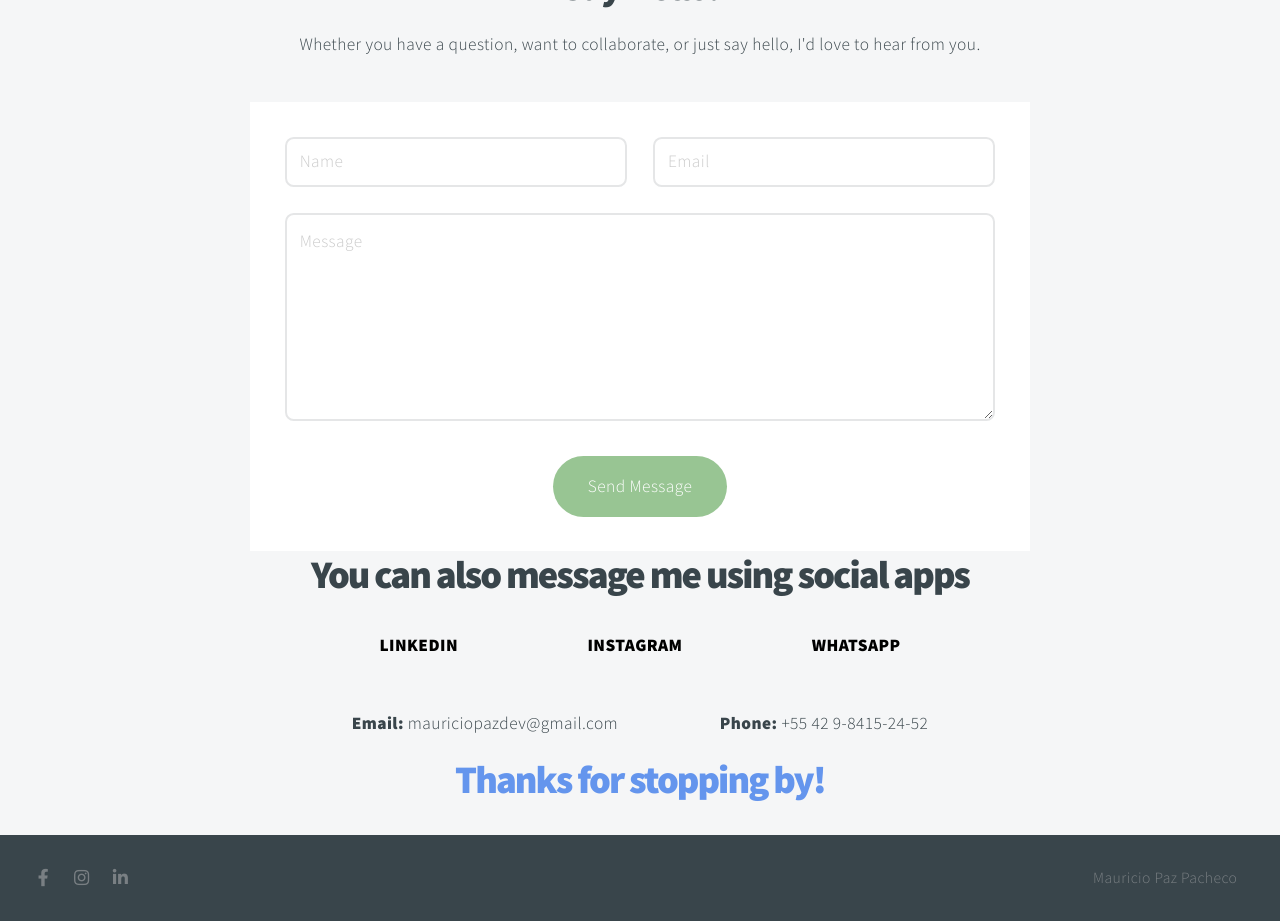
Repository: mauriciopazpp/mauriciopazpp.github.io
Page: index.html
An editor plug-in stored every save of this project. The page is shown before and after the next save, followed by the edit.
The browser window is 1280 px wide. The pictures show the part of the page from y = 5457 to 6409 px (the page is 6378 px tall before and 6409 px after).
A picture or video elsewhere on the page could not be fetched, so the positions and the page height are approximate. Backgrounds fixed to the window are drawn as part of the page.

Above is the page before, as saved 2024-03-05 18:40:53.
Console error: TypeError: Cannot set properties of undefined (setting 'windowMargin')

### index.html
<!DOCTYPE HTML>
<html>
	<head>
		<title>Mauricio Paz</title>
		<meta charset="utf-8" />
		<meta name="viewport" content="width=device-width, initial-scale=1, user-scalable=no" />
		<link rel="stylesheet" href="assets/css/main.css" />
		<noscript><link rel="stylesheet" href="assets/css/noscript.css" /></noscript>
		<link rel="icon" type="image/x-icon" href="images/favicon.png">
	</head>
	<body class="is-preload">
		<!-- <img id="preload" src="images/preloader.gif"> -->
		<!-- Header -->
			<header id="header">
				<div class="logo-header">
					<img src="images/logo-2.png" alt="Mauricio Paz Pacheco CV">
				</div>
				<nav>
					<ul>
						<li><a href="#intro">Intro</a></li>
						<li><a href="#one">Who am I</a></li>
						<li><a href="#two">Skills and Certifications</a></li>
						<li><a href="#work">Experience</a></li>
						<li style="display: none;"><a href="#things">My Things</a></li>
						<li><a href="#contact">Contact</a></li>
					</ul>
				</nav>
			</header>

		<!-- Intro -->
			<section id="intro" class="main style1 dark fullscreen">
				<div class="content">
					<header>
						<h2>Mauricio Paz</h2>
					</header>
					<p>Enter the realm of my career.</p>
					<footer>
						<!-- <a href="#one" class="button style2 down">More</a> -->
						<a href="cv/Mauricio.pdf" target="_blank" class="button">Download CV</a>
						<a href="#one" class="button">More</a>
					</footer>
				</div>
			</section>

		<!-- One -->
			<section id="one" class="main style2 right dark fullscreen">
				<div class="content box style2">
					<header>
						<h2>Who am I</h2>
					</header>
					<p>Mauricio, <span id="age">35</span> years old, more than a decade of experience in the systems development field. Certified by Adobe. Married, living in the south of Brazil. I enjoy Rock, Heavy Metal, cats and games.</p>
					<p>Let's be friends, this is my insta <a href="https://www.instagram.com/mauricio.paz.p/" style="text-decoration: none; font-weight: bold;">@mauricio.paz.p</a></p>
				</div>
				<a href="#two" class="button style2 down anchored">Next</a>
			</section>

		<!-- Two -->
			<section id="two" class="main style2 left dark fullscreen">
				<div class="content box style2">
					<header>
						<h2>Skills</h2>
					</header>
					<p><b class="php">#php</b>, <b class="javascript">#javascript</b>, <b class="node">#node</b>, <b class="graphql">#graphql</b>, <b class="sql">#sql</b></p>
					<p><b class="adobecommerce">#adobecommerce</b>, <b class="bigcommerce">#bigcommerce</b>, <b class="shopify">#shopify</b>, <b class="pwastudio">#pwastudio</b></p>
					<p><b class="vuejs">#vuejs</b>, <b class="react">#react</b>, <b class="reactnative">#reactnative</b></p>
					<p><b class="git">#git</b>, <b class="warden">#warden</b>, <b class="docker">#docker</b>, <b class="commercecloud">#commercecloud</b></p>
					<p><b class="frontend">#frontend</b>, <b class="backend">#backend</b>, <b class="fullstack">#fullstack</b></p>
					<p><b class="english">#english</b>, <b class="portuguese">#portuguese</b></p>

					<br>

					<h2>Certifications</h2>
					<p>
						<b>
						- Adobe Certified Expert - Adobe Commerce Front-End Developer.
						<a href="https://www.credly.com/badges/2049df38-8aab-49f0-89bc-399480d42e42/linked_in" target="_blank">
							Check the link
						</a>
						</b>
					</p>

				</div>
				<a href="#work" class="button style2 down anchored">Next</a>
			</section>

		<!-- Work -->
			<section id="work" class="main style3 primary">
				<div class="content">
					<header>
						<h2>My Experience</h2>
						<p>Over the years, I have worked in various companies and faced challenges that have shaped my expertise in development. At BlueAcorn iCi, I participated in projects for major companies such as Lovesac and Sony, using Adobe Commerce and React. At Jamersan, I contributed to creating stores using BigCommerce. At Unimed, I had the opportunity to independently create software from scratch, developing highly robust systems that are still in use today. Currently, at IronPlane, I am expanding my knowledge in PWA Studio. My journey is a constant pursuit of technical excellence and the ability to positively impact through software development.</p>
					</header>

					<!-- Gallery  -->
						<div class="gallery">
							<article class="from-left" style="background: url(images/fulls/02.jpg);">
								<div class="description">
									<p><b>IronPlane</b> - <i>Portland, ME, USA</i> <br> 04/2023 - Current</p>
									<ul>
										<li>•  Designed and implemented stores using Adobe Commerce.</li>
										<li>•  Upgrade PWA Studio stores and bug fixes using Adobe Commerce, PWA Studio, React, webpack, GraphQL, HTML, and CSS.</li>
										<li>•  Code-reviews in BigCommerce and Adobe Commerce stores.</li>
									</ul>
								</div>
								<div class="company">
									<img src="images/comp/ironplane.svg" alt="ironplane" class="logo">
								</div>
								<!-- <a href="images/fulls/01.jpg" class="image fit"><img src="images/thumbs/01.jpg" title="The Anonymous Red" alt="" /></a> -->
							</article>
							<article class="from-right" style="background: url(images/fulls/05.jpg);">
								<div class="description">
									<p><b>Jamersan</b> - <i>Opelika, AL, USA</i> <br> 02/2023 - 12/2023</p>
									<ul>
										<li>•  Led the creation of stores, managing product imports, and crafting database management scripts using api, bash script, php and javascript.</li>
										<li>•  Designed and developed new stores using BigCommerce, incorporating webhooks, APIs, and app development.</li>
									</ul>
								</div>
								<div class="company">
									<img src="images/comp/jamersan.webp" alt="jamersan" class="logo">
								</div>
								<!-- <a href="images/fulls/02.jpg" class="image fit"><img src="images/thumbs/02.jpg" title="Airchitecture II" alt="" /></a> -->
							</article>
							<article class="from-left" style="background: url(images/fulls/01.jpg);">
								<div class="description">
									<p><b>BlueAcorn iCi</b> - <i>Charleston, SC, USA</i> <br>03/2021 - 02/2023</p>
									<ul>
										<li>•  Senior Front-end Developer, <i>a leading company in award-winning digital transformations for Fortune 500 companies.</i> I collaborated on large-scale projects, including creating digital experiences for renowned brands such as Apple and Sony.</li>
										<li>•  Led a Front-end development team on an Adobe Commerce project, ensuring timely and high-quality delivery.</li>
										<li>•  Development and enhancement of stores for renowned brands like Lovesac, using technologies such as Adobe Commerce, React, and advanced customization tools, such as product creation in a 3D environment.</li>
									</ul>
								</div>
								<div class="company">
									<img src="images/comp/blueacorn.png" alt="blueacornici" class="logo">
								</div>
								<!-- <a href="images/fulls/03.jpg" class="image fit"><img src="images/thumbs/03.jpg" title="Air Lounge" alt="" /></a> -->
							</article>
							<article class="from-right" style="background: url(images/fulls/03.jpg);">
								<div class="description">
									<p><b>MageMontreal</b> - <i>Sainte-Agathe-des-Monts/QC  Canada</i> <br>08/2020 - 02/2021</p>
									<ul>
										<li>•  Front-end Developer at MageMontreal, contributing to the development of multiple online stores using Adobe Commerce.</li>
										<li>•  Continuous Integration/Deployment Pipeline Integration, pull requests, code reviews.</li>
									</ul>
								</div>
								<div class="company">
									<img src="images/comp/magemontreal.svg" alt="magemontreal" class="logo" style="background: #f84601">
								</div>
								<!-- <a href="images/fulls/03.jpg" class="image fit"><img src="images/thumbs/03.jpg" title="Air Lounge" alt="" /></a> -->
							</article>
							<article class="from-left" style="background: url(images/fulls/04.jpg);">
								<div class="description">
									<p><b>Redstage</b> - <i>New York, NY, USA</i> <br>03/2019 - 08/2020</p>
									<ul>
										<li>• Initiated the creation of work automation scripts, proposing tasks such as branch creation, automatic status updates in Jira, pull request creation via terminal, and development of a webhook on GitHub to send automatic notifications to Slack.</li>
										<li>•  Full Stack Developer, responsible for the creation and updates of stores using Adobe Commerce.</li>
									</ul>
								</div>
								<div class="company">
									<img src="images/comp/fulcrum.webp" alt="fulcrum" class="logo">
								</div>
								<!-- <a href="images/fulls/03.jpg" class="image fit"><img src="images/thumbs/03.jpg" title="Air Lounge" alt="" /></a> -->
							</article>
							<article class="from-right" style="background: url(images/fulls/06.jpg);">
								<div class="description">
									<p><b>KolinaLabs</b> - <i>Guarapuava, PR, Brazil</i> <br>06/2018 - 02/2019</p>
									<ul>
										<li>•  Development of system applications, including a solar panel system for Sices Brasil, the largest solar panel producer in Latin America.</li>
										<li>•  Creation and maintenance of apps using Vue.js, webpack, Sass, among others, to ensure efficient and high-quality implementation.</li>
										<li>•  BI Developer, creating an advanced dashboard using QlikSense to enhance data analysis and decision-making at Sices Brasil.</li>
									</ul>
								</div>
								<div class="company">
									<img src="images/comp/kolinalabs.png" alt="kolinalabs" class="logo">
								</div>
								<!-- <a href="images/fulls/03.jpg" class="image fit"><img src="images/thumbs/03.jpg" title="Air Lounge" alt="" /></a> -->
							</article>
							<article class="from-left" style="background: url(images/fulls/06.jpg);">
								<div class="description">
									<p><b>Unimed</b> - <i>Guarapuava, PR, Brazil</i> <br>08/2015 - 06/2018</p>
									<ul>
										<li>•  Largest healthcare company in latin america, I developed approximately 12 systems using Laravel independently, including 2 large systems that continued to be used for over 6 years, even after my departure from the company.</li>
										<li>•  Responsible for the entire system development process, from gathering requirements to development, deployment, testing, and support.</li>
										<li>•  I created a workflow system that automated all internal processes, providing greater ease of work for everyone.</li>
										<li>•  I conceptualized and developed a system that reduced an employee's workload time from 2 months to just 1 minute, automating the compression and sending of multiple PDFs via email to health plan beneficiaries.</li>
									</ul>
								</div>
								<div class="company">
									<img src="images/comp/unimed.png" alt="Unimed" class="logo" style="padding: 0;">
								</div>
								<!-- <a href="images/fulls/03.jpg" class="image fit"><img src="images/thumbs/03.jpg" title="Air Lounge" alt="" /></a> -->
							</article>
							<article class="from-right" style="background: url(images/fulls/06.jpg);    display: flex;
							align-content: center;
							justify-content: center;
							align-items: center;">
								<a href="https://www.linkedin.com/in/m-paz/details/experience/">
									<p><b style="color: white; text-decoration: underline;" target="_blank">See More</b></p>
								</a>
							</article>
						</div>
				</div>
			</section>

		<!-- Contact -->
			<section id="contact" class="main style3 secondary">
				<div class="content">
					<header>
						<h2>Say Hello.</h2>
						<p>Whether you have a question, want to collaborate, or just say hello, I'd love to hear from you.</p>
					</header>
					<div class="box">
						<form method="post" action="https://formspree.io/xaypakzd">
							<div class="fields">
								<div class="field half"><input type="text" name="username" placeholder="Name" required/></div>
								<div class="field half"><input type="email" name="email" placeholder="Email" required /></div>
								<div class="field"><textarea name="message" placeholder="Message" rows="6" required></textarea></div>
							</div>
							<ul class="actions special">
								<li><input type="submit" value="Send Message" /></li>
							</ul>
						</form>
					</div>
					<h2>You can also message me using social apps</h2>
					<ul class="list-inline fullscreen-nav-holder">
						<li><a class="text-uppercase" href="https://www.linkedin.com/in/m-paz/?locale=en_US">Linkedin</a></li>
						<li><a class="text-uppercase" href="https://www.instagram.com/mauricio.paz.p/">Instagram</a></li>
						<li><a class="text-uppercase" href="https://wa.me/5542984152452?text=Hi%21+I+came+across+your+linkedin+profile">Whatsapp</a></li>
					</ul>
					<ul class="list-inline fullscreen-nav-holder">
						<li><b>Email:</b> mauriciopazdev@gmail.com</li>
						<li><b>Phone:</b> +55 42 9-8415-24-52</li>
					</ul>

					<h2 style="color: cornflowerblue;">
						Thanks for stopping by!
					</h2>
					<br>
				</div>
			</section>

			<!-- Things -->
			<section id="things" class="main style3 primary" style="display: none;">
				<div class="content">
					<header>
						<h2>My Things</h2>
						<p>I believe that our professional life is closely linked to who we are and what we enjoy, so here are some of my childhood and teenager works.</p>
					</header>

					<!-- Gallery  -->
					<h3>Drawings</h3>
					<div class="gallery">
						<article class="from-left">
							<img src="images/things/draw.jpg">
						</article>
						<article class="from-right">
							<img src="images/things/draw2.jpg">
						</article>
					</div>
					<h3>Drawings in MsPaint, before touch screen exist</h3>
					<div class="gallery">
						<article class="from-left">
							<img src="images/things/paint3.jpg">
						</article>
						<article class="from-right">
							<img src="images/things/paint.jpg">
						</article>
					</div>
					<h3>3D modeling work, before become a developer</h3>
					<div class="gallery">
						<article class="from-left">
							<img src="images/things/3d.jpg">
						</article>
						<article class="from-right">
							<img src="images/things/3d3.jpg">
						</article>
					</div>
				</div>
			</section>

		<!-- Footer -->
			<footer id="footer">

				<!-- Icons -->
					<ul class="icons">
						<li><a href="https://www.facebook.com/mauriciopazpacheco" class="icon brands fa-facebook-f"><span class="label">Facebook</span></a></li>
						<li><a href="https://www.instagram.com/mauricio.paz.p/" class="icon brands fa-instagram"><span class="label">Instagram</span></a></li>
						<li><a href="https://www.linkedin.com/in/m-paz/?locale=en_US" class="icon brands fa-linkedin-in"><span class="label">LinkedIn</span></a></li>
					</ul>

				<!-- Menu -->
					<ul class="menu">
						<li>Mauricio Paz Pacheco</li><li></li>
					</ul>

			</footer>

		<!-- Scripts -->
			<script src="assets/js/jquery.min.js"></script>
			<script src="assets/js/jquery.poptrox.min.js"></script>
			<script src="assets/js/jquery.scrolly.min.js"></script>
			<script src="assets/js/jquery.scrollex.min.js"></script>
			<script src="assets/js/browser.min.js"></script>
			<script src="assets/js/breakpoints.min.js"></script>
			<script src="assets/js/util.js"></script>
			<script src="assets/js/main.js"></script>
	</body>
	<script>
		const dob = new Date('1988-12-08');
		const now = new Date();
		let age = now.getFullYear() - dob.getFullYear();
		if (now.getMonth() < dob.getMonth() || (now.getMonth() === dob.getMonth() && now.getDate() < dob.getDate())) {
			age--;
		}
		document.getElementById('age').textContent = age;
	</script>
</html>

Loaded but not shown: assets/css/fontawesome-all.min.css (library); assets/js/jquery.min.js (library); assets/js/jquery.poptrox.min.js (library); assets/js/jquery.scrolly.min.js (common file); assets/js/jquery.scrollex.min.js (common file); assets/js/browser.min.js (common file); assets/js/breakpoints.min.js (common file); assets/js/util.js (587 lines, source omitted); assets/js/main.js (219 lines, source omitted); assets/css/main.css (2508 lines, source omitted)

After the next save:
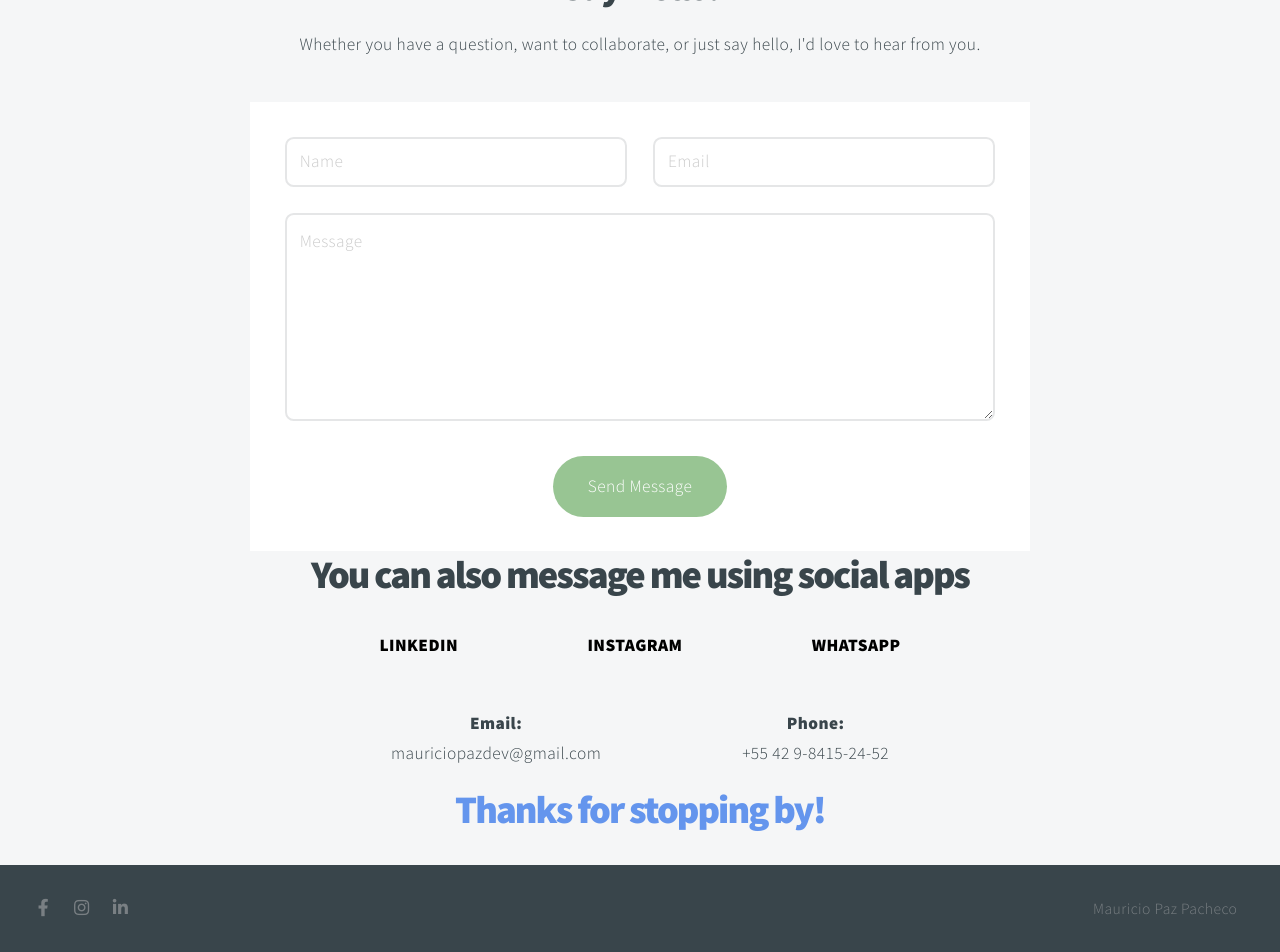
Saved 31 s later.
--- a/index.html
+++ b/index.html
@@ -227,8 +227,8 @@
 						<li><a class="text-uppercase" href="https://wa.me/5542984152452?text=Hi%21+I+came+across+your+linkedin+profile">Whatsapp</a></li>
 					</ul>
 					<ul class="list-inline fullscreen-nav-holder">
-						<li><b>Email:</b> mauriciopazdev@gmail.com</li>
-						<li><b>Phone:</b> +55 42 9-8415-24-52</li>
+						<li><b>Email:</b> <br>  mauriciopazdev@gmail.com</li>
+						<li><b>Phone:</b> <br> +55 42 9-8415-24-52</li>
 					</ul>
 
 					<h2 style="color: cornflowerblue;">

After the save that followed:
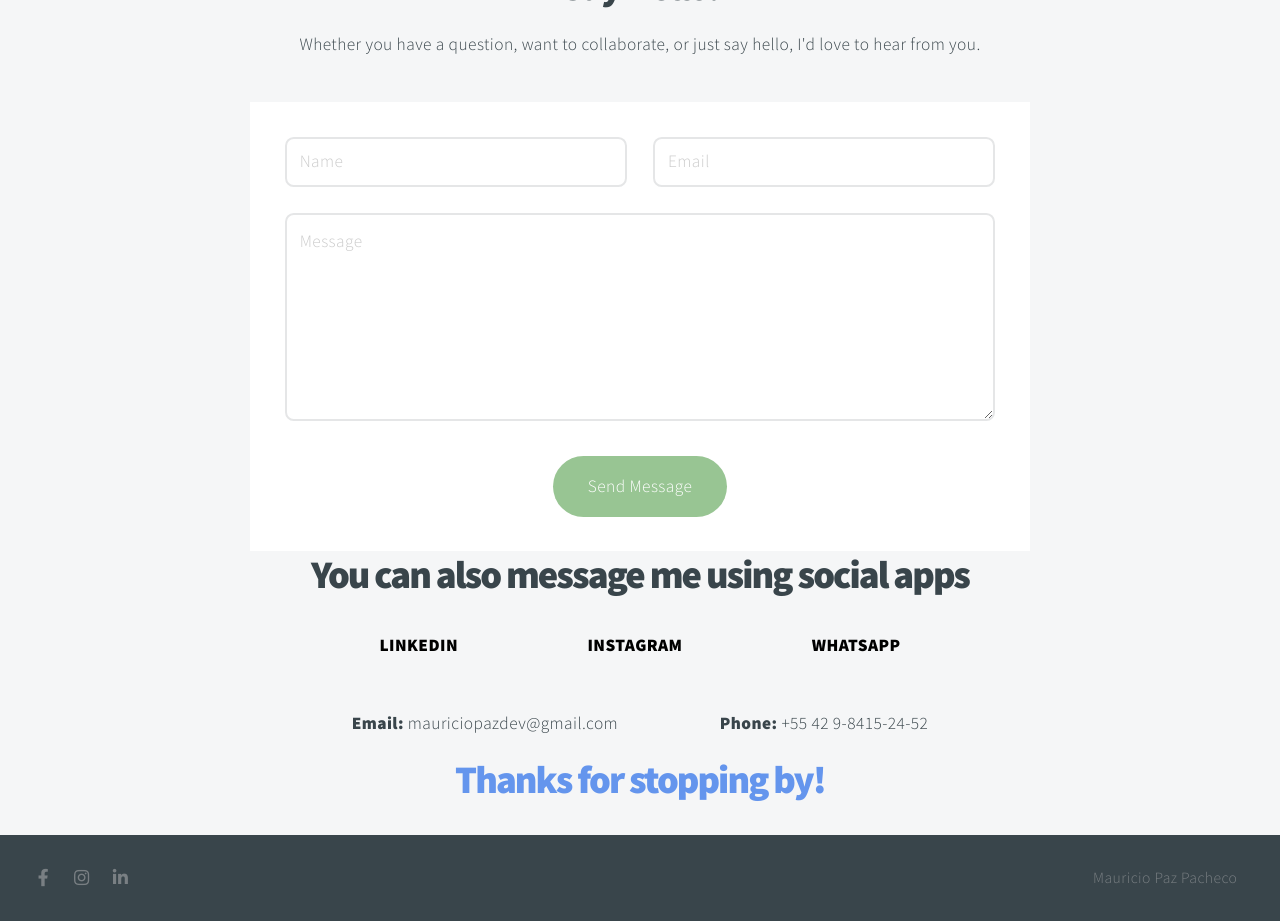
Saved 9 s later.
--- a/index.html
+++ b/index.html
@@ -227,8 +227,8 @@
 						<li><a class="text-uppercase" href="https://wa.me/5542984152452?text=Hi%21+I+came+across+your+linkedin+profile">Whatsapp</a></li>
 					</ul>
 					<ul class="list-inline fullscreen-nav-holder">
-						<li><b>Email:</b> <br>  mauriciopazdev@gmail.com</li>
-						<li><b>Phone:</b> <br> +55 42 9-8415-24-52</li>
+						<li><b>Email:</b>  mauriciopazdev@gmail.com</li>
+						<li><b>Phone:</b> +55 42 9-8415-24-52</li>
 					</ul>
 
 					<h2 style="color: cornflowerblue;">
